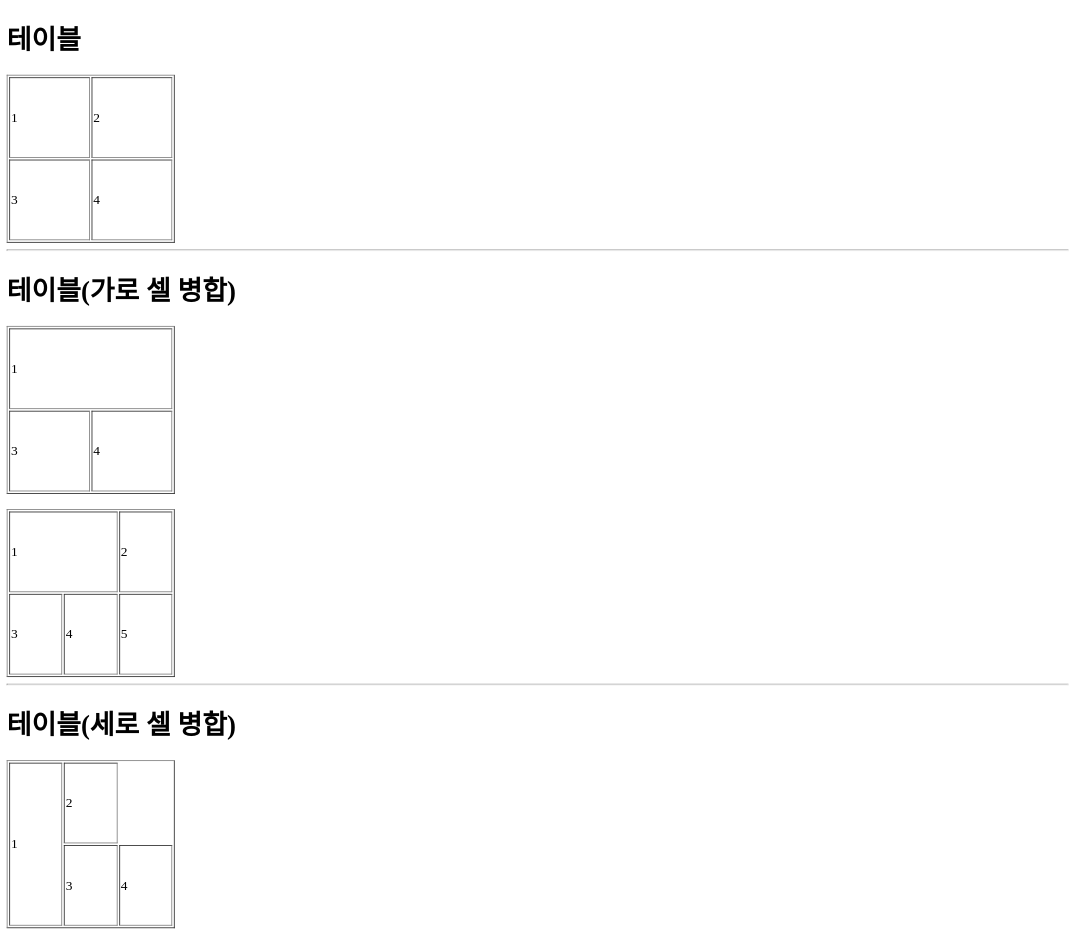
Repository: zzzzzzin/Client
Page: ClientTest/src/main/webapp/html/ex17_table.html
An editor plug-in stored every save of this project. The page is shown before and after the next save, followed by the edit.
The browser window is 1280 px wide. The pictures show the whole page, at 84% of full size.

Above is the page before, as saved 2024-03-13 07:14:29.

After the next save:
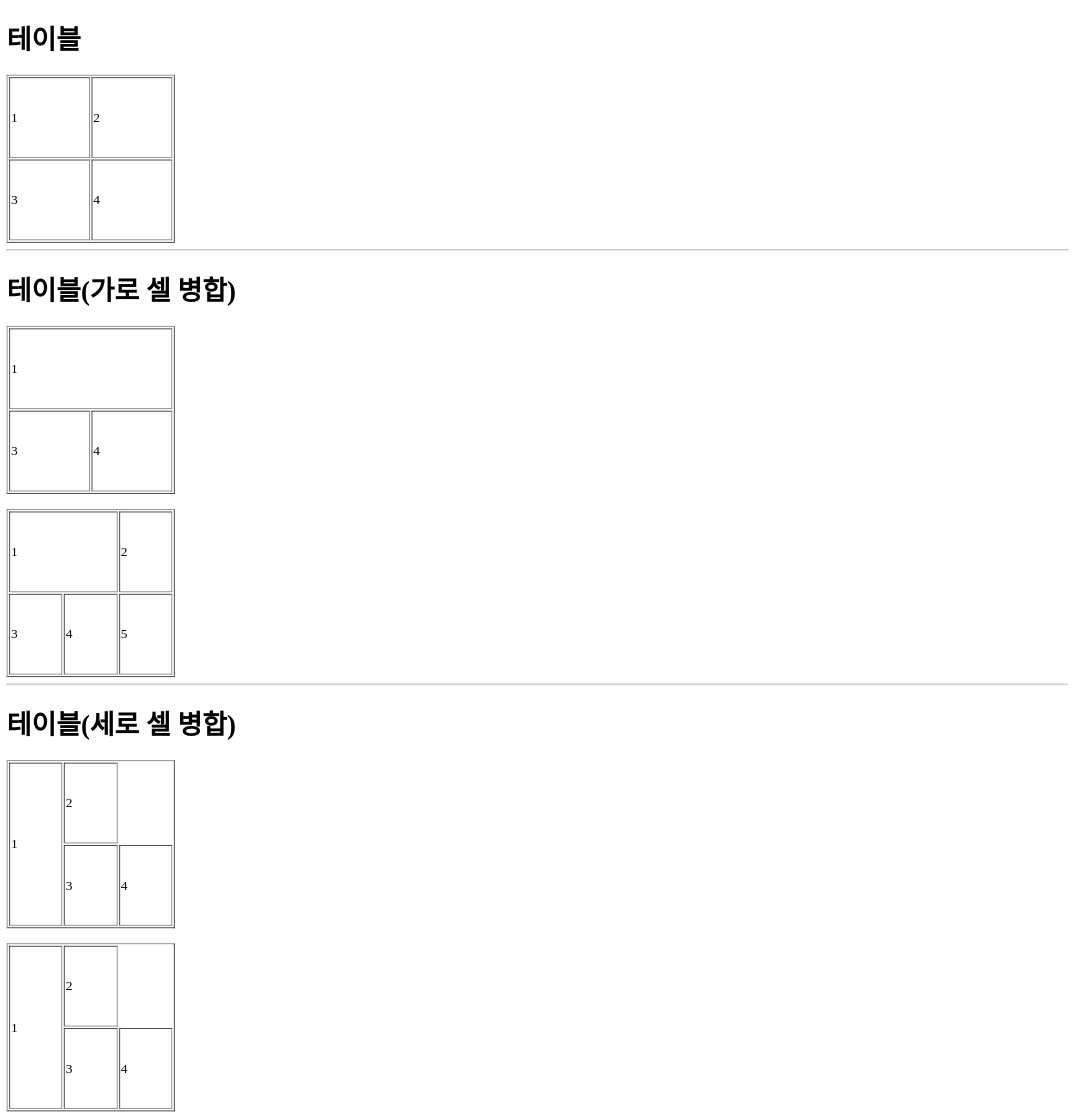
Saved 17 s later.
--- a/ClientTest/src/main/webapp/html/ex17_table.html
+++ b/ClientTest/src/main/webapp/html/ex17_table.html
@@ -54,6 +54,16 @@
 			<td>3</td>
 			<td>4</td>
 		</tr>
+	</table> <br>
+	<table border="1" width="200" height="200">
+		<tr>
+			<td rowspan="2">1</td>
+			<td>2</td>
+		</tr>
+		<tr>
+			<td>3</td>
+			<td>4</td>
+		</tr>
 	</table>
 
 </body>
